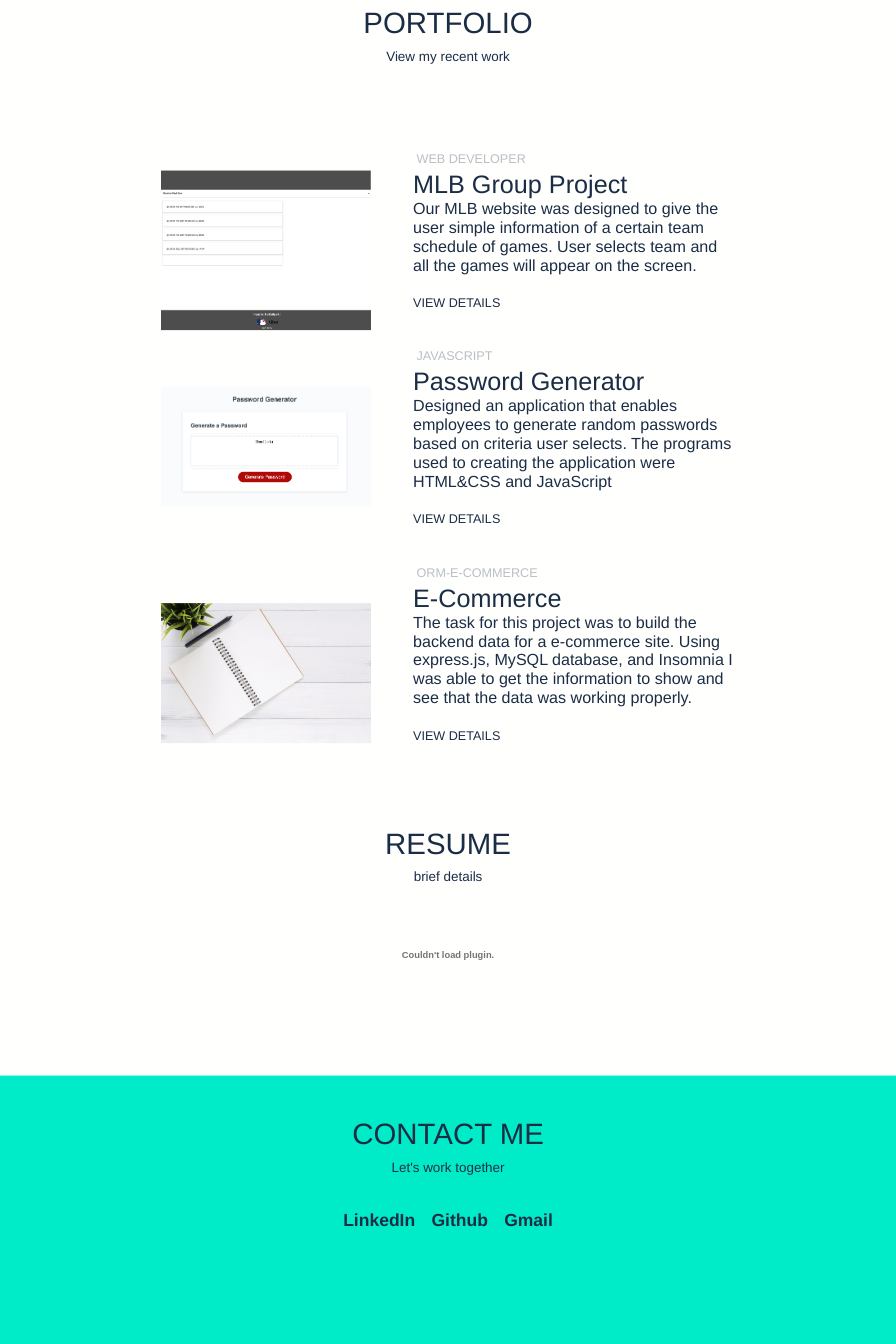
Repository: jb150524/JB-Portfolio
Page: index.html
These files come from the project's save history. The page is drawn as it stood at one moment and after a run of saves; the edit follows.
The browser window is 1280 px wide. The pictures show the part of the page from y = 2322 to 4242 px (the page is 4341 px tall), at 70% of full size.
Some web libraries are served in a nearby version.

Above is the page before, as saved 2021-09-25 20:11:48.

After the next 2 saves:
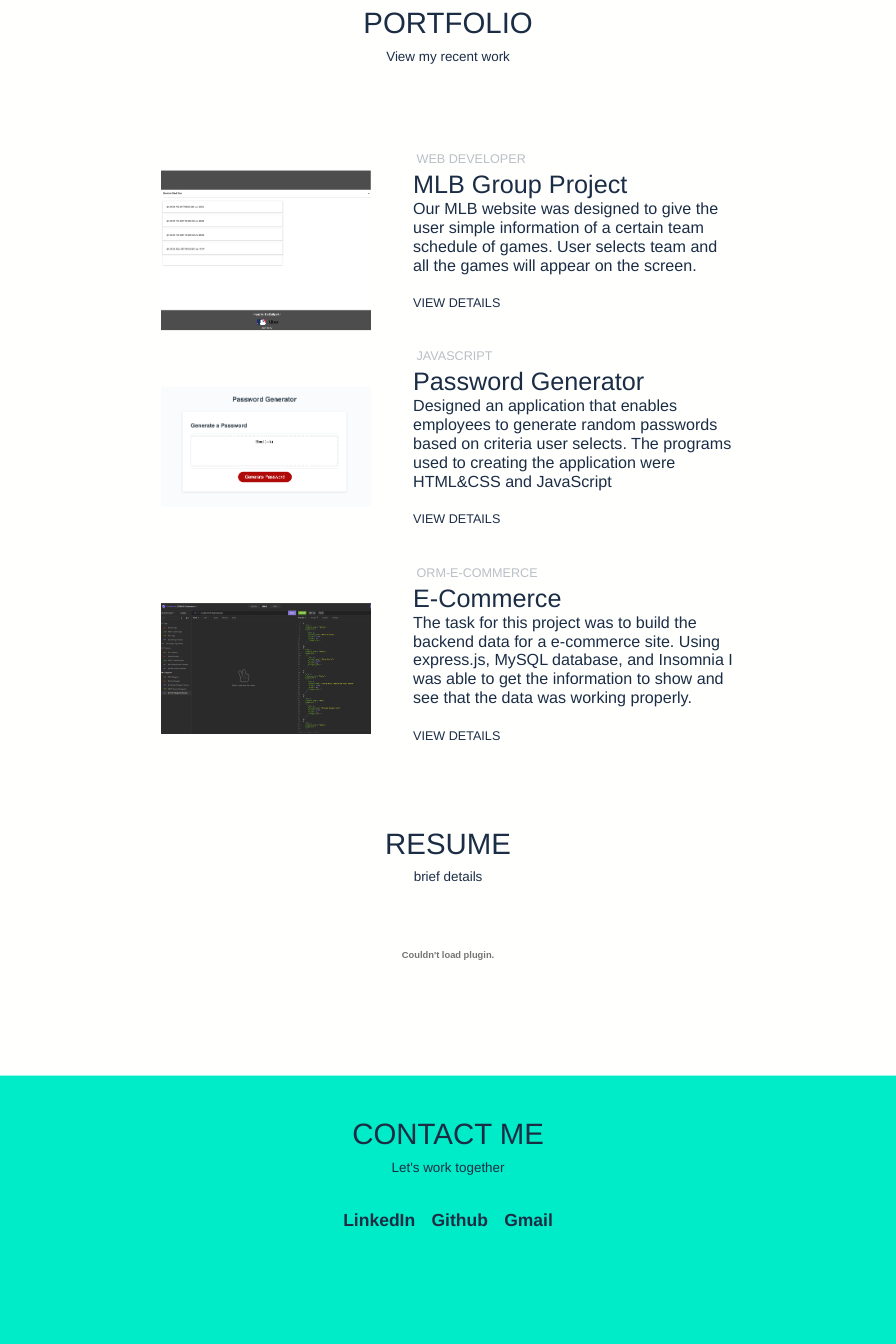
The 2 saves are shown as one change because they came seconds apart.
The last was saved 28 s later.
--- a/index.html
+++ b/index.html
@@ -125,7 +125,7 @@
       <div>
           <div class="portfolio-item">
             <div class="portfolio-img has-margin-right">
-              <img src="images/notebook.jpg" alt="">
+              <img src="images/E-Commerce.png" alt="">
               </div>
               <div class="portfolio-description">
               <h6>ORM-E-Commerce</h6>
